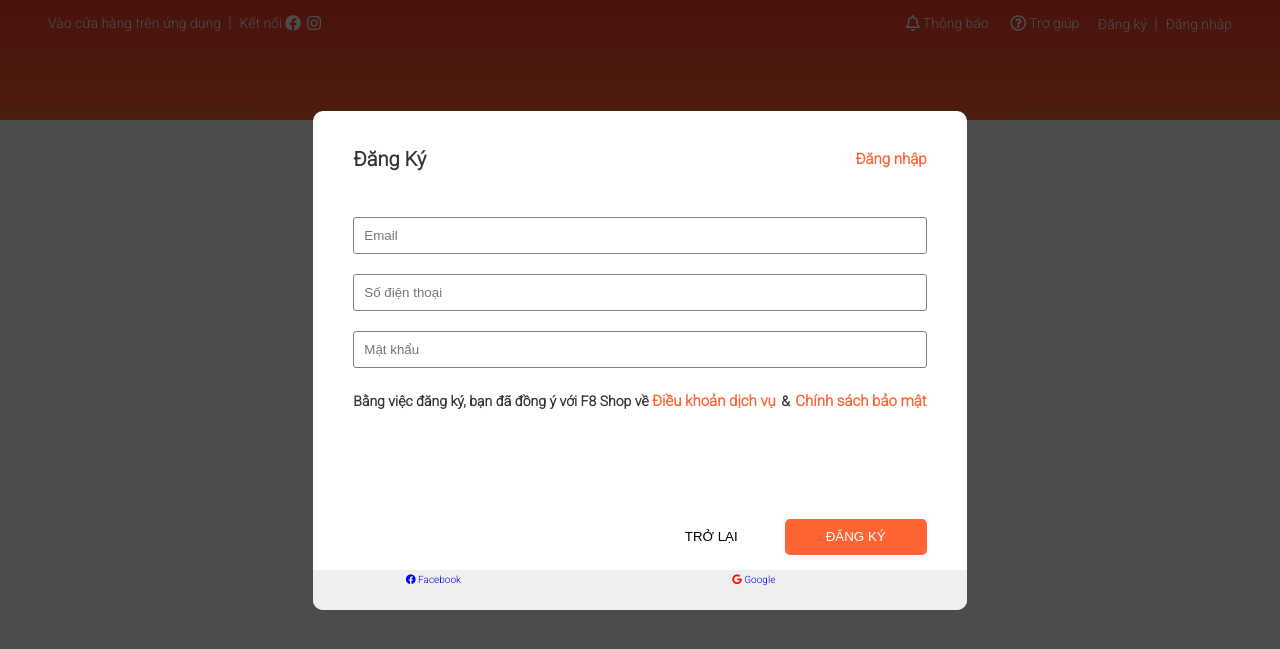
Repository: kebinh1235/Shopee-Demo
Page: index.html
The author's editor kept a copy of each file at every save. The page is drawn from the files as they stood at one save, then again after a run of saves.
The browser window is 1280 px wide. The pictures show the whole page.

Above is the page before, as saved 2021-10-01 23:38:07.

### index.html
<!DOCTYPE html>
<html lang="en">

<head>
  <meta charset="UTF-8">
  <meta http-equiv="X-UA-Compatible" content="IE=edge">
  <meta name="viewport" content="width=device-width, initial-scale=1.0">
  <title>F8 Shop</title>
  <link rel="stylesheet" href="./asset/css/main.css">
  <link rel="stylesheet" href="./asset/css/base.css">
  <link rel="stylesheet" href="https://cdnjs.cloudflare.com/ajax/libs/font-awesome/5.15.4/css/all.min.css">
</head>

<body>
  <div class="app">
    <header class="header">
      <div class="grid">
        <nav class="header__navbar">
          <ul class="header__navbar-list">
            <li class="header__navbar-item header__item-separator">
              Vào cửa hàng trên ứng dụng
              <div class="header__navbar-QRCode">
                <div class="header__navbar-QRCode-img">
                  <img
                    src="https://upload.wikimedia.org/wikipedia/commons/thumb/d/d0/QR_code_for_mobile_English_Wikipedia.svg/1200px-QR_code_for_mobile_English_Wikipedia.svg.png"
                    alt="">
                </div>
                <div class="header__navbar-QRCode-social">
                  <a class="header__navbar-QRCode-link" href="#">
                    <i class="fab fa-google header__navbar-QRCode-icon-google"></i>
                    <span class="header__navbar-QRCode-title-google">Google</span>
                  </a>
                  <a class="header__navbar-QRCode-link" href="#">
                    <i class="fab fa-facebook header__navbar-QRCode-icon-facebook"></i>
                    <span class="header__navbar-QRCode-title-facebook">Facebook</span>
                  </a>
                </div>
              </div>
            </li>
            <li class="header__navbar-item">
              <span class="user__select-none">Kết nối</span>
              <a class="header__navbar-link-icon" href="#">
                <i class="fab fa-facebook header__navbar-icon"></i>
              </a>
              <a class="header__navbar-link-icon" href="#">
                <i class="fab fa-instagram header__navbar-icon"></i>
              </a>
            </li>
          </ul>
          <ul class="header__navbar-list">
            <li class="header__navbar-item">
              <a href="#" class="header__navbar-link">
                <i class="far fa-bell header__navbar-icon"></i>
                Thông báo
              </a>
              <div class="header__navbar-notification">
                <div class="header__navbar-noti-heading">
                  <h3>Thông báo nhận hàng</h3>
                </div>
                <ul class="header__navbar-noti-list">
                  <li class="header__navbar-noti-list-item header__navbar-noti-list-viewd">
                    <a class="header__navbar-noti-list-link" href="#">
                      <img src="https://www.oberlo.com/media/1603958036-new-products.jpg" alt="">
                      <div class="header_navbar-noti-content">
                        <span class="header_navbar-noti-name">Xác thực chính hãng nguồn gốc các sản phẩm Ohui</span>
                        <span class="header_navbar-noti-description">Xác thực chính hãng nguồn gốc các sản phẩm
                          Ohui</span>
                      </div>
                    </a>
                  </li>
                  <li class="header__navbar-noti-list-item header__navbar-noti-list-viewd">
                    <a class="header__navbar-noti-list-link" href="#">
                      <img src="https://www.oberlo.com/media/1603958036-new-products.jpg" alt="">
                      <div class="header_navbar-noti-content">
                        <span class="header_navbar-noti-name">Xác thực chính hãng nguồn gốc các sản phẩm Ohui</span>
                        <span class="header_navbar-noti-description">Xác thực chính hãng nguồn gốc các sản phẩm
                          Ohui</span>
                      </div>
                    </a>
                  </li>
                  <li class="header__navbar-noti-list-item">
                    <a class="header__navbar-noti-list-link" href="#">
                      <img src="https://www.oberlo.com/media/1603958036-new-products.jpg" alt="">
                      <div class="header_navbar-noti-content">
                        <span class="header_navbar-noti-name">Xác thực chính hãng nguồn gốc các sản phẩm Ohui</span>
                        <span class="header_navbar-noti-description">Xác thực chính hãng nguồn gốc các sản phẩm
                          Ohui</span>
                      </div>
                    </a>
                  </li>
                </ul>
                <div class="header__navbar-noti-footer">
                  <a class="header__navbar-noti-footer-link" href="#">Xem tất cả</a>
                </div>
              </div>
            </li>
            <li class="header__navbar-item">
              <a href="#" class="header__navbar-link">
                <i class="far fa-question-circle header__navbar-icon"></i>
                Trợ giúp
              </a>
            </li>
            <li class="header__navbar-item">
              <a href="#" class="header__navbar-link header__item-bold header__item-separator">Đăng ký</a>
            </li>
            <li class="header__navbar-item">
              <a href="#" class="header__navbar-link header__item-bold">Đăng nhập</a>
            </li>
          </ul>
        </nav>
      </div>
    </header>

    <div class="container">

    </div>

    <div class="footer">

    </div>
    <!--Modal-->
    <div class="modal">
      <div class="modal__overlay"></div>
      <div class="modal__body">
        <div class="modal__inner">
          <div class="auth__form">
            <div class="auth__form-padding">
              <div class="auth__form-header">
                  <h3 class="auth__form-heading">Đăng Ký</h3>
                  <span class="authb__form-btn-switch">Đăng nhập</span>
              </div>
              <div class="auth__form-form">
                <div class="auth__form-group">
                  <input class="auth__form-input" type="text" placeholder="Email">
                </div>
                <div class="auth__form-group">
                  <input class="auth__form-input" type="text" placeholder="Số điện thoại">
                </div>
                <div class="auth__form-group">
                  <input class="auth__form-input" type="text" placeholder="Mật khẩu">
                </div>
              </div>
              <div class="auth__form-note">
                <p class="auth_form-text">
                  Bằng việc đăng ký, bạn đã đồng ý với F8 Shop về
                  <a class="auth__form-note-link" href="#">Điều khoản dịch vụ</a>
                  <span class="auth__form-note-icon">&</span>
                  <a class="auth__form-note-link" href="#">Chính sách bảo mật</a>
                </p>
              </div>
              <div class="auth__form-controls">
                <button class="btn">TRỞ LẠI</button>
                <button class="btn btn-primary">ĐĂNG KÝ</button>
              </div>
            </div>
            <div class="auth__form-social">
              <a href="#" class="btn btn-with-icon-facebook">
                <i class="fab fa-facebook header__navbar-QRCode-icon-facebook"></i>
                Facebook
              </a>
              <a href="#" class="btn btn-with-icon-google">
                <i class="fab fa-google header__navbar-QRCode-icon-google"></i>
                Google
              </a>
            </div>
          </div>
        </div>
      </div>
    </div>
  </div>
</body>

</html>

### asset/css/main.css
.header {
  height: 120px;
  background: linear-gradient(0, #fe6433, #f53e2d)
}
.header__navbar {
  display: flex;
  justify-content: space-between;
  padding: 10px 0;
}
.header__navbar-QRCode{
  background: white;
  height: 200px;
  position: absolute;
  top: 30px;
  padding: 10px;
  display: none;
  animation: fadeIn ease-out .8s;
}
.header__navbar-item:hover .header__navbar-QRCode {
  display: block;
}
.header__navbar-item:hover .header__navbar-notification {
  display: block;
}
.header__navbar-QRCode-img{
  width: 160px;
}
.header__navbar-QRCode-img img {
  width: 100%;
}
.header__navbar-QRCode-social {
  display: flex;
  align-items: center;
  justify-content: space-between;
}
.header__navbar-QRCode-social:before {
  content: '';
  position: absolute;
  top: -8px;
  left: 0;
  width: 100%;
  height: 10px;
  background: transparent;
}
.header__navbar-QRCode-link {
  font-size: 1.4rem;
  color: var(--text-color);
}
.header__navbar-QRCode-title-google:hover {
  color: #ff1100;
  transition: var(--transition-primary);
}
.header__navbar-QRCode-title-facebook:hover {
  color: blue;
  transition: var(--transition-primary);
}
.header__navbar-QRCode-icon-google {
  color: #ff1100;
}
.header__navbar-QRCode-icon-facebook {
  color: blue;
}
.header__navbar-list {
  list-style: none;
}
.header__navbar-item {
  margin: 0 8px;
  position: relative;
  min-height: 26px;
}
.header__item-separator::after {
  content: '';
  position: absolute;
  right: -10px;
  top: 50%;
  transform: translateY(-50%);
  height: 12px;
  border: 1px solid #FB9086;
}
.header__navbar-item,
.header__navbar-link {
  display: inline-block;
  font-size: 1.4rem;
  color: var(--white-color);
  text-decoration: none;
  font-weight: 300;
}
.header__navbar-item:hover,
.header__navbar-link:hover,
.header__navbar-link-icon:hover {
  cursor: pointer;
  color: rgba(255, 255, 255, 0.7);
}
.header__navbar-item,
.header__navbar-link,
.header__navbar-link-icon {
  display: inline-flex;
  align-items: center;
}
.header__navbar-link-icon {
  color: var(--white-color);
}
.header__navbar-icon {
  font-size: 1.6rem;
  margin: 0 3px;
}
.header__item-bold {
  font-weight: 500;
}
.user__select-none {
  cursor: text;
  color: var(--white-color);
}
.header__navbar-notification{
  position: absolute;
  top: 35px;
  right: 0;
  width: 404px;
  background: var(--white-color);
  display: none;
  box-shadow: rgba(0, 0, 0, 0.16) 0px 1px 4px;
  animation: growthUp ease-in .3s;
  will-change: opacity, transform, scale;
  transform-origin: calc(100% - 20px) top;
}
.header__navbar-notification:before {
  content: "";
  position: absolute;
  top: -10px;
  right: 0;
  width: 100%;
  background: transparent;
  height: 15px;
}
.header__navbar-notification:after {
  content: "";
  position: absolute;
  top: -32px;
  right: 10px;
  border: 20px solid #000;
  border-color: transparent transparent var(--white-color) transparent;
}
.header__navbar-noti-heading{
  padding: 10px;
  box-shadow: rgba(0, 0, 0, 0.16) 0px 1px 4px;
  cursor: default;
}
.header__navbar-noti-heading h3 {
  font-size: 1.6rem;
  color: var(--text-color);
}
.header__navbar-noti-list{
  list-style: none;
  box-shadow: rgba(0, 0, 0, 0.16) 0px 1px 1px;
}
.header__navbar-noti-list-item{
  padding: 8px 10px;
}
.header__navbar-noti-list-viewd{
  background: #ffe3e3;
}
.header__navbar-noti-list-item:hover{
  background: #f3c8c8;
  transition: var(--transition-primary);
}
.header__navbar-noti-list-link{
  display: inline-flex;
  align-items: center;
}
.header__navbar-noti-list-link img{
  width: 60px;
  object-fit: contain;
}
.header_navbar-noti-content{
  padding-left: 10px;
}
.header_navbar-noti-name{
  font-size: 1.4rem;
  font-weight: bold;
  color: var(--text-color);
  margin-bottom: 5px;
  line-height: 2rem;
  text-align: justify;
  display: block;
}
.header_navbar-noti-description{
  font-size: 1.3rem;
  color: var(--text-color-rgb-black);
  display: block;
}
.header__navbar-noti-footer{
  padding: 10px;
  text-align: center;
  box-shadow: rgba(0, 0, 0, 10px) 0px 1px 1px;
}
.header__navbar-noti-footer-link{
  color: var(--text-color-rgb-black);
}

/*Start Modal*/
.modal{
  position: fixed;
  /* top: 0;
  right: 0;
  bottom: 0;
  left: 0; */
  inset: 0;
  display: flex;
}
.modal__overlay{
  position: absolute;
  width: 100%;
  height: 100%;
  background: rgba(0, 0, 0, 0.7);
}
.modal__body{
  margin: auto;
  background: var(--white-color);
  overflow: hidden;
  z-index: 1;
  border-radius: 10px;
}
.modal__inner{
  padding: 0;
}
.auth__form-padding {
  padding: 0 40px;
}
.auth__form-header{
  display: flex;
  justify-content: space-between;
  align-items: center;
  padding: 40px 0;
}
.auth__form-heading{
  font-size: 2rem;
  color: var(--text-color);
  font-weight: bold;
}
.authb__form-btn-switch{
  font-size: 1.5rem;
  color: var(--primary-color);
  font-weight: bold;
}
.auth__form-group{
  padding: 10px 0;
  width: 100%;
}
.auth__form-input {
  width: 100%;
  padding: 10px;
  border-radius: 3px;
  overflow: hidden;
  border: 1px solid gray;
}
.auth__form-input:focus {
  outline: none;
}
.auth__form-note{
  font-size: 1.4rem;
  color: var(--text-color);
  font-weight: bold;
  padding: 15px 0;
}
.auth__form-note-link {
  color: var(--primary-color);
  font-size: 1.5rem;
}
.auth__form-note-icon {
  margin: 0 2px;
}
.auth__form-controls{
  padding: 15px 0;
  text-align: right;
  margin-top: 80px;
}

.auth__form-social{
  background: #efefef;
  height: 40px;
  display: flex;
  justify-content: space-around;
  align-items: center;
}

/*End Modal*/

### asset/css/base.css
@import url('https://fonts.googleapis.com/css2?family=Roboto:wght@300&display=swap');
:root {
  --white-color: #fff;
  --black-color: #000;
  --primary-color: #fe6433;
  --text-color: #333;
  --text-color-rgb-black: rgba(0, 0, 0, 0.7);
  --transition-primary: all .2s linear;
  --btn-primary: linear-gradient(0, #fe6433, #f53e2d);
}

* {
  margin: 0;
  padding: 0;
  box-sizing: inherit;
  text-decoration: none;
}

html {
  font-size: 62.5%;
  line-height: 1.6rem;
  border: none;
  outline: none;
  overflow: hidden;
  box-sizing: border-box;
  font-family: 'Roboto', sans-serif;
}

.grid {
  width: 1200px;
  max-width: 100%;
  margin: 0 auto;
}

.grid__full-width {
  width: 100%;
}

.grid__row {
  display: flex;
  flex-wrap: wrap;
}
/*Button Style*/
.btn {
  min-width: 142px;
  height: 36px;
  border: none;
  cursor: pointer;
  background: transparent;
  border-radius: 5px;
}
.btn:hover {
  background: rgba(0, 0, 0, 0.2);
  transition: all .1s linear;
}
.btn.btn-primary {
  color: var(--white-color);
  background: var(--primary-color);
}
.btn.btn-disabled {
  color: #ccc;
  cursor: default;
  background: #999;
}



/*Animation*/
@keyframes fadeIn {
  0% {
    opacity: 0;
  }
  100% {
    opacity: 1;
  }
}

@keyframes growthUp {
  0% {
    opacity: 0;
    transform: scale(0);
  }
  100% {
    opacity: 1;
    transform: scale(1);
  }
}

After the next 2 saves:
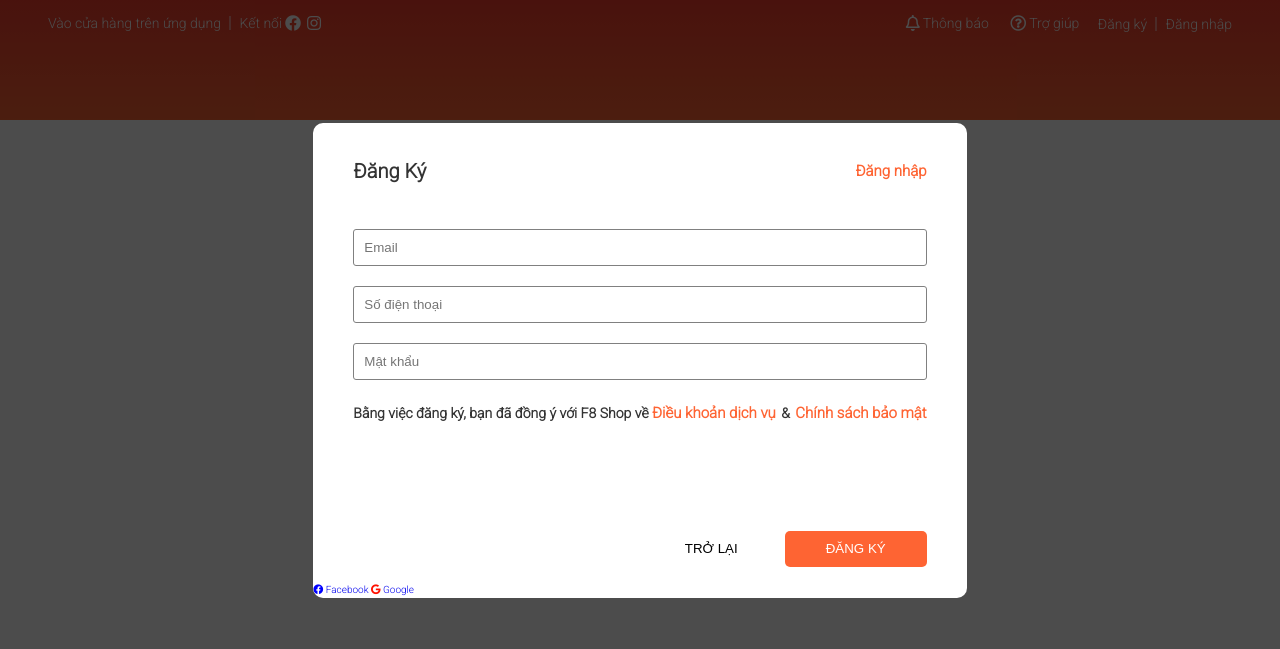
The 2 saves are shown as one change because they came seconds apart.
The last was saved 9 s later.
--- a/asset/css/main.css
+++ b/asset/css/main.css
@@ -274,13 +274,8 @@
   text-align: right;
   margin-top: 80px;
 }
+.auth__form-social{
 
-.auth__form-social{
-  background: #efefef;
-  height: 40px;
-  display: flex;
-  justify-content: space-around;
-  align-items: center;
 }
 
 /*End Modal*/
